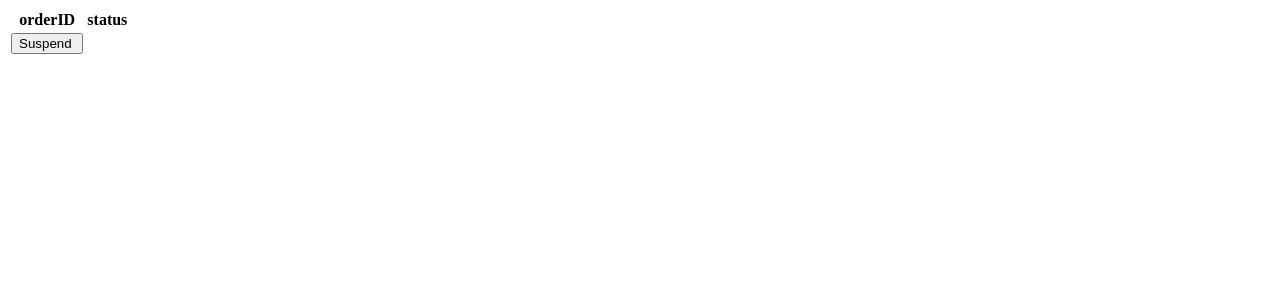
Repository: suma94/MyProjects
Page: http://localhost/SelfServiceSales/Display.jsp
These files come from the project's save history. The page is drawn as it stood at one moment and after the next save; the edit follows.
The browser window is 1280 px wide. The pictures show the whole page.
The page is served by Tomcat 9.

Above is the page before, as saved 2015-08-25 12:47:05.

After the next save:
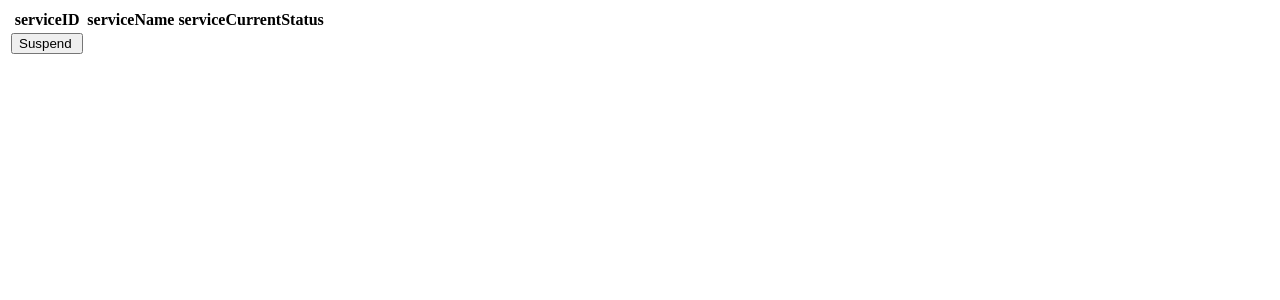
Saved 4 min 24 s later.
--- a/SelfServiceSales/WebContent/Display.jsp
+++ b/SelfServiceSales/WebContent/Display.jsp
@@ -12,7 +12,7 @@
 	<form action="SuspendComplete" method="post">
 		<table>
 			<tr>
-				<th>orderID<th>status</th>
+				<th>serviceID<th>serviceName<th>serviceCurrentStatus</th>
 			</tr>
 			<c:forEach var="e" items="${infols}">
 			<tr>
